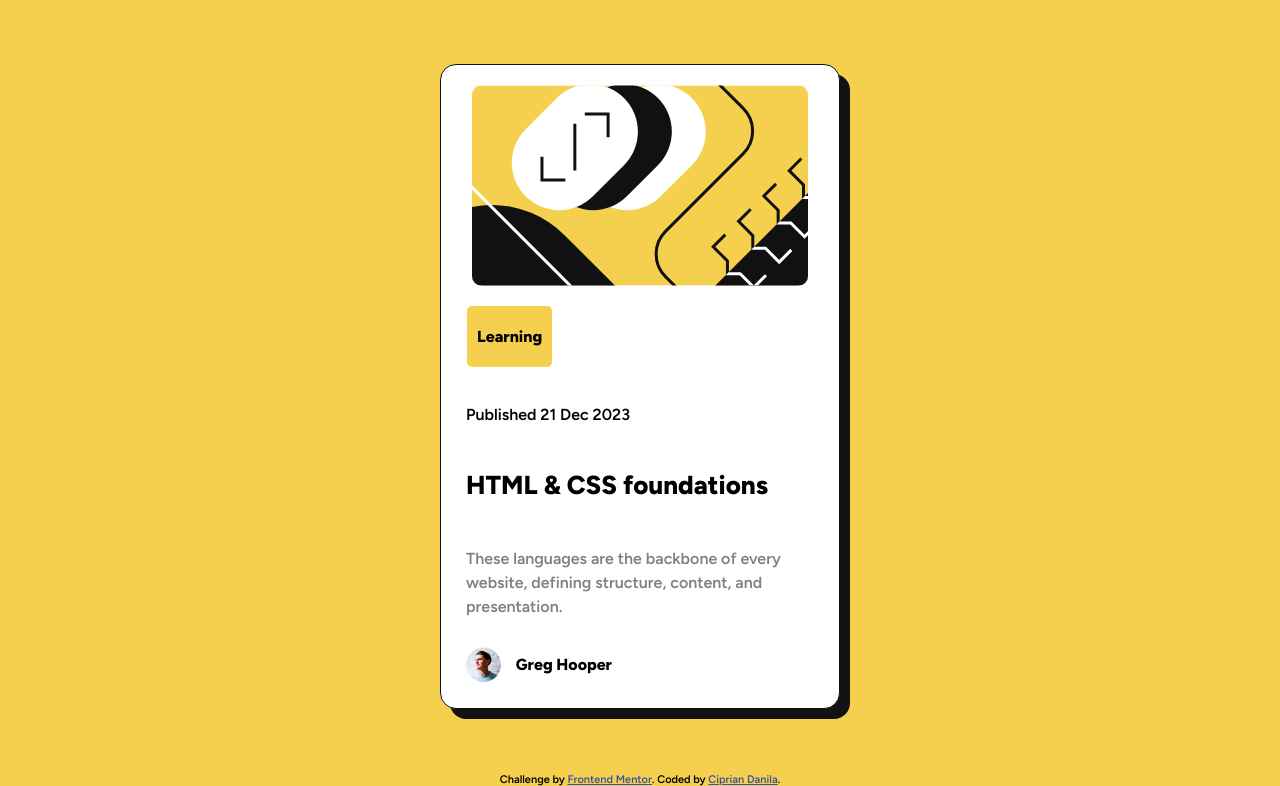
Repository: cipdanila/blog-preview-card
Page: index.html
The author's editor kept a copy of each file at every save. The page is drawn from the files as they stood at one save, then again after the next save.
The browser window is 1280 px wide. The pictures show the whole page.

Above is the page before, as saved 2024-01-28 13:51:27.

### index.html
<!DOCTYPE html>
<html lang="en">
<head>
  <meta charset="UTF-8">
  <meta name="viewport" content="width=device-width, initial-scale=1.0"> <!-- displays site properly based on user's device -->

  <link rel="icon" type="image/png" sizes="32x32" href="./assets/images/favicon-32x32.png">
  <link rel="stylesheet" href="style.css">
  <title>Frontend Mentor | Blog preview card</title>

</head>
<body>
  <main>
    <div class="card">
      <div class="image">
        <img src="./assets/images/illustration-article.svg" alt="illustration article">
      </div>
      <div class="general">
        <div class="learning">
          <p>Learning</p>
        </div>
        <div class="publish">
          <p>Published 21 Dec 2023</p>
        </div>
        <div class="title">
          <h1>HTML & CSS foundations</h1>
        </div>
        <div class="info">
          <p>
            These languages are the backbone of every website, defining structure, content, and presentation.
          </p>
        </div>
        <div class="avatar">
          <img src="./assets/images/image-avatar.webp" alt="avatar">
          <p>Greg Hooper</p>
        </div>
      </div>
    </div>
  </main>

  <footer>
    <div class="attribution">
        Challenge by
        <a
            href="https://www.frontendmentor.io/challenges/blog-preview-card-ckPaj01IcS"
            target="_blank"
            rel="noopener noreferer"
            >Frontend Mentor</a
        >. Coded by <a href="https://github.com/cipdanila" target="_blank" rel="noopener noreferer">Ciprian Danila</a>.
    </div>
</footer>
</body>
</html>

### style.css
@import url('https://fonts.googleapis.com/css2?family=Figtree:wght@600;800&display=swap');

:root {
    /* Colors */
    /* Primary */
    --yellow: hsl(47, 88%, 63%);

    /* Neutral */
    --white: hsl(0, 0%, 100%);
    --grey: hsl(0, 0%, 50%);
    --black: hsl(0, 0%, 7%);
}

* {
    box-sizing: border-box;
}

body {
    margin: 0;
    padding: 0;
    height: 100%;
    display: flex;
    flex-direction: column;
    font-family: 'Figtree', sans-serif;
    font-size: 16px;
    font-weight: 600;
    background-color: var(--yellow);
}

.card {
    max-width: 400px;
    margin: 4rem auto;
    padding: 1.25rem 0.625rem;
    border-radius: 1rem;
    border: 1px solid var(--black);
    box-shadow: 10px 10px var(--black);
    display: flex;
    flex-direction: column;
    justify-content: center;
    align-items: center;
    background-color: var(--white);
}

.image img {
    border-radius: 0.625rem;
}

.general {
    display: flex;
    flex-direction: column;
    align-self: start;
}

.learning {
    width: fit-content;
    background-color: var(--yellow);
    margin: 1rem;
    padding: 5px 10px;
    border-radius: 5px;
    font-weight: 800;
}

.publish, .title, .info {
    width: auto;
    margin: 5px;
    padding: 1px 10px;
}

.title h1 {
    font-weight: 800;
    font-size: 1.625rem;
}

.info p {
    color: var(--grey);
    line-height: 1.5;
    font-weight: 100;
}

.avatar {
    width: auto;
    display: flex;
    align-items: center;
    margin: 5px;
    padding: 1px 10px;
}

.avatar img {
    width: 10%;
}

.avatar p {
    display: inline-block;
    margin: 5px;
    padding: 1px 10px;
    font-weight: 800;
}

.attribution {
    font-size: 11px;
    text-align: center;
}
.attribution a {
    color: hsl(228, 45%, 44%);
}

After the next save:
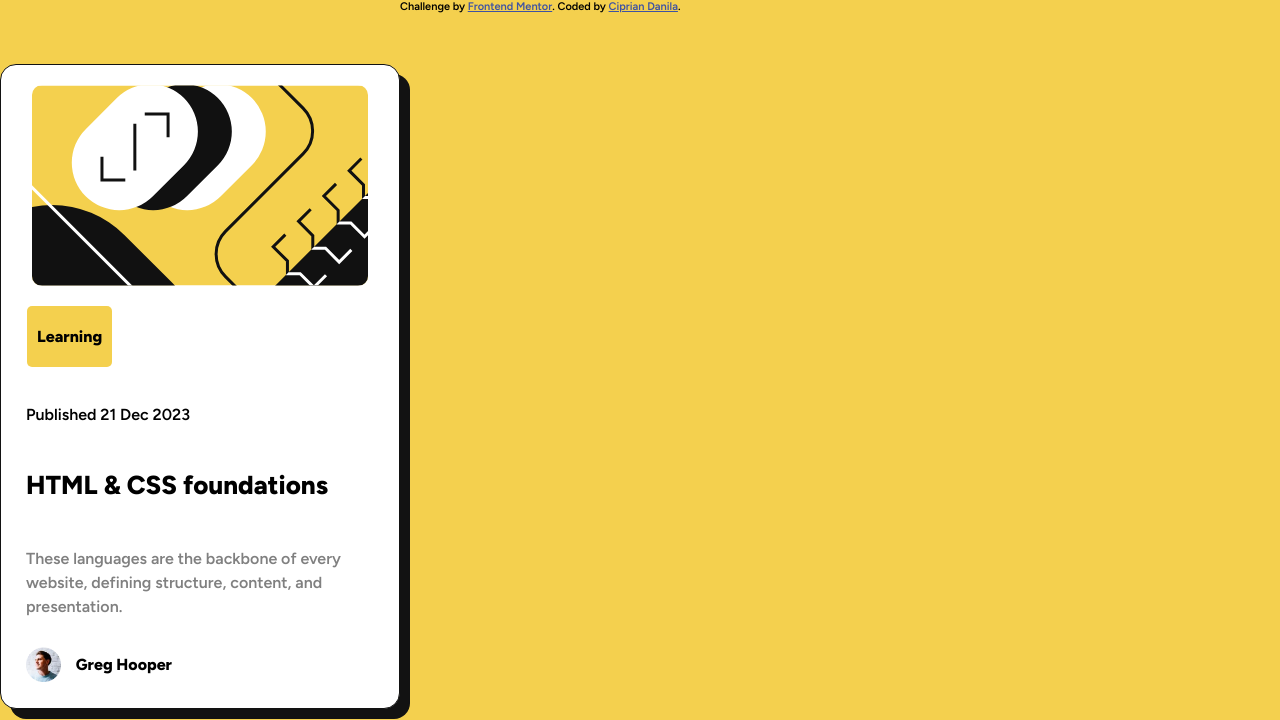
Saved 24 s later.
--- a/style.css
+++ b/style.css
@@ -15,12 +15,12 @@
     box-sizing: border-box;
 }
 
-body {
+body, html {
     margin: 0;
     padding: 0;
     height: 100%;
     display: flex;
-    flex-direction: column;
+
     font-family: 'Figtree', sans-serif;
     font-size: 16px;
     font-weight: 600;
